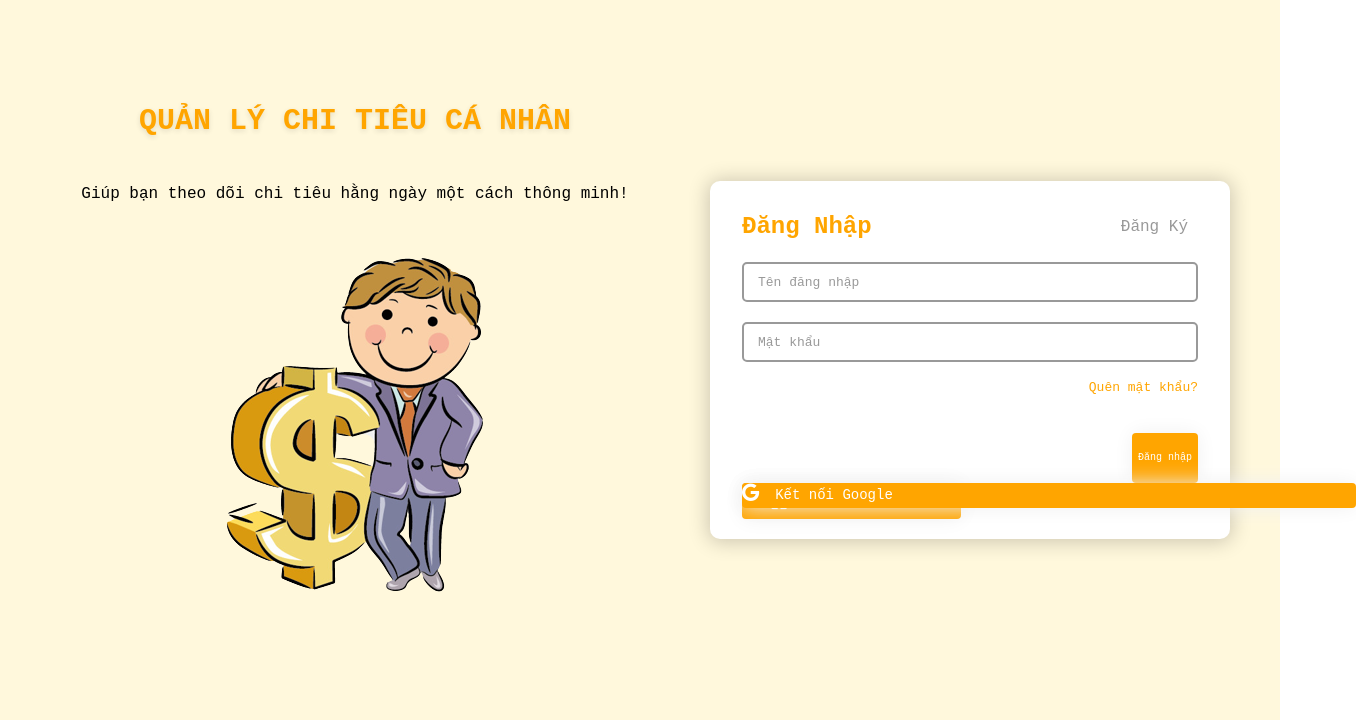
Repository: ximvhs/sochitieu
Page: html/start.html
The author's editor kept a copy of each file at every save. The page is drawn from the files as they stood at one save, then again after the next save.
The browser window is 1280 px wide. The page is 1356 px wide, so the pictures cover 1356 px, including what lies to the right of the window. The pictures show the whole page.
Some web fonts or font styles are not loaded; a fallback is used.

Above is the page before, as saved 2023-04-06 17:27:04.

### html/start.html
<!DOCTYPE html>
<html lang="en">
<head>
    <meta charset="UTF-8">
    <meta name="viewport" content="width=device-width, initial-scale=1.0">
    <title>Đăng nhập</title>
    <link rel="stylesheet" href="/assets/css/login.css">
    <link rel="stylesheet" href="/assets/css/grid.css">
    <link rel="stylesheet" href="/assets/css/resets.css">
    <link rel="stylesheet" href="/assets/css/responsive.css">
    <link rel="stylesheet" href="/assets/css/base.css">
    <link rel="stylesheet" href="https://fonts.googleapis.com/css2?family=Material+Symbols+Outlined:opsz,wght,FILL,GRAD@20..48,100..700,0..1,-50..200" />
    <link rel="preconnect" href="https://fonts.googleapis.com">
    <link rel="preconnect" href="https://fonts.gstatic.com" crossorigin>
    <link href="https://fonts.googleapis.com/css2?family=Dongle:wght@700&display=swap" rel="stylesheet">
    <link rel="preconnect" href="https://fonts.gstatic.com">
    <link href="https://fonts.googleapis.com/css2?family=Open+Sans:ital,wght@0,400;0,600;0,700;0,800;1,400&display=swap"
    rel="stylesheet">
    <link rel="stylesheet" href="https://cdnjs.cloudflare.com/ajax/libs/font-awesome/6.4.0/css/all.min.css" integrity="sha512-iecdLmaskl7CVkqkXNQ/ZH/XLlvWZOJyj7Yy7tcenmpD1ypASozpmT/E0iPtmFIB46ZmdtAc9eNBvH0H/ZpiBw==" crossorigin="anonymous" referrerpolicy="no-referrer" />
</head>
<body>
    <form action="">
        <div class="modal js-show_login">
                <div class="modal__body">
                    <div class="auth-form--left">
                        <H1>QUẢN LÝ CHI TIÊU CÁ NHÂN</H1>
                        <p>Giúp bạn theo dõi chi tiêu hằng ngày một cách thông minh!</p>
                        <img src="/img/logo-login.png" alt="">
                    </div>
                    <div class="auth-form--right js-auth-form">
                        <div class="auth-form__container">
                            <div class="auth-form__header">
                                <h3 class="auth-form__heading">Đăng Nhập</h3>
                                <span class="auth-form__switch-btn js-register">Đăng Ký</span>
                            </div>

                            <div class="auth-form__form">
                                <div class="auth-form__group">
                                    <input type="text" id="emaillogin" class="auth-form__input" required placeholder=" ">
                                    <div class="form-label">Tên đăng nhập</div>
                                </div>
                                <div class="auth-form__group">
                                    <input type="password" id="passlogin" class="auth-form__input" required placeholder=" ">
                                    <div class="form-label">Mật khẩu</div>
                                </div>
                            </div>

                            <div class="auth-form__aside">
                                <p class="auth-form__policy-text">
                                    <a href="#" class="auth-form__text-link">Quên mật khẩu?</a>
                                </p>
                            </div>

                            <div class="auth-form__controls">
                                <button class="btn__login btn--normal btn--primary" id="btnlogin">Đăng nhập</button>
                            </div>

                            <div class="auth-form__socials">
                                <a href="#" class="auth-form__socials--facebook btn__login btn--size-s btn--with-icon">
                                    <i class="auth-form__socials-icon fab fa-facebook-square"></i>
                                    <span class="auth-form__socials-text">Kết nối Facebook</span>
                                </a>
                                <a href="#" class="auth-form__socials--google btn btn--size-s btn--with-icon">
                                    <i class="auth-form__socials-icon fab fa-google"></i>
                                    <span class="auth-form__socials-text">Kết nối Google</span>
                                </a>
                            </div>
                        </div>

                    </div>
                </div>
        </div>
    </form>

    <form action="">
        <div class="modal_register js-show_register">
                <div class="modal__body_register">
                     <div class="auth-form js-auth-form">
                        <div class="auth-form__container">
                            <div class="auth-form__header">
                                <h3 class="auth-form__heading">Đăng ký</h3>
                                <i class="fa-solid fa-xmark auth-form__heading--close js-close"></i>
                            </div>

                            <div class="auth-form__form">
                                <div class="auth-form__group">
                                    <input type="text" class="auth-form__input" required placeholder=" ">
                                    <div class="form-label">Họ và tên</div>
                                </div>
                                <div class="auth-form__group">
                                    <input type="date" class="auth-form__input" required placeholder=" ">
                                    <div class="form-label">Ngày sinh nhật</div>
                                </div>
                                <div class="auth-form__group_sex">
                                    <div class="list__sex">
                                        <div class="form-label">Nam</div>
                                        <input type="checkbox" class="auth-form__input-radio" required placeholder=" ">
                                    </div>
                                    <div class="list__sex">
                                        <div class="form-label">Nữ</div>
                                        <input type="checkbox" class="auth-form__input-radio" required placeholder=" ">
                                    </div>
                                </div>
                                <div class="auth-form__group">
                                    <input type="text" class="auth-form__input" required placeholder=" ">
                                    <div class="form-label">Tên đăng nhập</div>
                                </div>
                                <div class="auth-form__group">
                                    <input type="password" class="auth-form__input" required placeholder=" ">
                                    <div class="form-label">Mật khẩu</div>
                                </div>
                                <div class="auth-form__group">
                                    <input type="password" class="auth-form__input" required placeholder=" ">
                                    <div class="form-label">Nhập lại mật khẩu</div>
                                </div>
                            </div>

                            <div class="auth-form__aside">
                                <p class="auth-form__policy-text">
                                    Bằng việc đăng ký, bạn đã đồng ý với chúng tôi về
                                    <a href="#" class="auth-form__text-link">Điều khoản dịch vụ</a> &
                                    <a href="#" class="auth-form__text-link">Chính sách bảo mật</a>
                                </p>
                            </div>
                            <div class="auth-form__controls">
                                <button class="btn btn--normal btn--primary">ĐĂNG KÝ</button>
                            </div>
                        </div>

                    </div>
                </div>
        </div>
    </form>

   <script src="/js/start.js"></script>
</body>

</html>

### assets/css/login.css
.modal {
    background-color: var(--primary-color);
    height: 100vh;
}

.modal__body {
    height: 100vh;
    display: flex;
    justify-content: space-between;
    align-items: center;

}

.auth-form--left {
    height: 100vh;
    display: flex;
    justify-content: center;
    align-items: center;
    flex-direction: column;
    flex: 1;
}

.auth-form--left h1 {
    width: 100%;
    text-align: center;
    padding: 0;
    margin-top: 32px;
    font-size: 30px;
    color: var(--secondary-color);
    text-shadow: 0 2px 5px #33333323;
}

.auth-form--left p {
    width: 100%;
    text-align: center;
    padding: 0;
    margin-top: 32px;
    font-size: 16px;
    /* color: var(--secondary-color);
    text-shadow: 0 2px 5px #33333323; */
}



/* modal */
.itemhd button {
    height: 35px;
    width: 90px;
    margin-left: 10px;
    cursor: pointer;
    background-color: var(--secondary-color);
    border: none;
    border-radius: var(--border-box);
    padding: 5px;
    color: white;
    font-size: 14px;
    font-weight: 700;
}

.itemhd button:hover {
    opacity: 0.8;
}

.auth-form--right {
    margin-right: 50px ;
    width: 520px;
    background-color: white;
    border-radius: 10px;
    overflow: hidden;
    min-width: 40px;
    box-shadow: 0 1px 20px 2px rgb(0 0 0 / 20%);
}

.auth-form__container {
    padding: 12px  32px 20px 32px;
}

.auth-form__header {
    display: flex;
    justify-content: space-between;
    align-items: center;
}

.auth-form__heading {
    font-size: 24px;
    color: var(--secondary-color);
}

.auth-form__switch-btn {
    font-size: 16px;
    padding: 10px;
    color: var(--border-color);
}

.auth-form__switch-btn:hover {
    cursor: pointer;
    opacity: 0.7;
}

.auth-form__form input {
    width: 100%;
    height: 40px;
    padding: 12px;
    margin-bottom: 20px;
    border: solid 2px var(--border-color);
    outline: none;
    transition: all 0.5s ease;
    border-radius: 5px;
}

.auth-form__form input:focus {
    border: solid 2px var(--secondary-color);
}

.auth-form__group {
    position: relative;
}


.auth-form__group .form-label {
    position: absolute;
    font-size: 13px;
    color: var(--border-color);
    top: 35%;
    left: 16px;
    transform: translate(0,-50%);
    pointer-events: none;
    transition: all 0.3s ease;
    z-index: 1;
}

.auth-form__group .auth-form__input:not(:placeholder-shown) +.form-label,
.auth-form__group .auth-form__input:focus +.form-label {
    position: absolute;
    top: 0;
    left: 8px;
    display: inline-block;
    padding: 2px 10px;
    color: var(--secondary-color);
    font-size: 12px;
    z-index: 2;
    background-color: white;
}

.auth-form__text-link {
    text-decoration: none;
    color: var(--secondary-color);
}

.auth-form__text-link:hover {
    opacity: 0.7;
}


.auth-form__controls {
    display: flex;
    justify-content: right;
    height: 50px;
    width: 100%;
}

.auth-form__aside {
    float: right;
    margin: 10px 0 14px 0;
}

.auth-form__aside a:hover {
    color: var(--secondary-color);
    cursor: pointer;
}

.auth-form__policy-text {
    margin: -14px 0 20px 0;
    transition: all 0.3s ease;
}

.auth-form__controls .btn {
    width: 100%;
    height: 38px;
    letter-spacing: 2px;
    font-size: 14px;
    padding: 0 12px;
    border: none;
    border-radius: 3px;
    text-decoration: none;
    display: inline-flex;
    justify-content: center;
    align-items: center;
    cursor: pointer;
}

.auth-form__socials {
    width: 100%;
    display: flex;
    justify-content: space-between;

}

.auth-form__socials--facebook {
    width: 48%;
    height: 36px;
    display: flex;
    justify-content: center;
    align-items: center;
}

.auth-form__socials--google {
    width: 48%;
    display: flex;
    justify-content: center;
    align-items: center;
}

.auth-form__socials-icon {
    font-size: 18px;
    margin-right: 10px;
}

.auth-form__socials-text {
    font-size: 14px;
}

.modal_register {
    position: fixed;
    z-index: 3;
    background-color: rgba(0, 0, 0, 0.5);
    top: 0;
    bottom: 0;
    right: 0;
    left: 0;
    display: none;
    animation: fadeIn linear 0.1s;
    /* display: flex; */
}


.modal__body_register {
    position: relative;
    margin: auto;
}

.auth-form {
    width: 500px;
    background-color: white;
    border-radius: 5px;
    overflow: hidden;
    min-width: 20px;
    box-shadow: 0 0 12px rgb(0 0 0 / 70%);
    animation: Slide ease 0.5s;
}

.auth-form__group_sex {
    display: flex;
    /* justify-content:space-between; */
    align-items: center;
    margin-bottom: 4px ;
}

.auth-form__group_sex .list__sex .auth-form__input-radio {
    height: 20px;
    width: 20px;
    margin-bottom: 12px ;
}

.list__sex {
    display: flex;
    justify-content: center;
    align-items: center;
}

.list__sex:nth-child(1) {
    margin-left: 16px;
}

.list__sex:nth-child(2) {
    margin-left: 50px;
}

.js-show_register.open.modal_register {
    display: flex;
    justify-content: center;
    align-items: center;
    opacity: 1;
}

.auth-form__heading--close {
    font-size: 30px;
    color: var(--secondary-color);
    padding: 5px;
}

.auth-form__heading--close:hover {
    opacity: 0.7;
    cursor: pointer;
}

### assets/css/grid.css
.grid {
    width: 100%;
    display: block;
    padding: 0;
}

.grid.wide {
    max-width: 1200px;
    margin: 0 auto;
}

.row {
    display: flex;
    flex-wrap: wrap;
    margin-left: -4px;
    margin-right: -4px;
}

.row.no-gutters {
    margin-left: 0;
    margin-right: 0;
}

.col {
    padding-left: 4px;
    padding-right: 4px;
}

.row.no-gutters .col {
    padding-left: 0;
    padding-right: 0;
}

.c-0 {
    display: none;
}

.c-1 {
    flex: 0 0 8.33333%;
    max-width: 8.33333%;
}

.c-2 {
    flex: 0 0 16.66667%;
    max-width: 16.66667%;
}

.c-3 {
    flex: 0 0 25%;
    max-width: 25%;
}

.c-4 {
    flex: 0 0 33.33333%;
    max-width: 33.33333%;
}

.c-5 {
    flex: 0 0 41.66667%;
    max-width: 41.66667%;
}

.c-6 {
    flex: 0 0 50%;
    max-width: 50%;
}

.c-7 {
    flex: 0 0 58.33333%;
    max-width: 58.33333%;
}

.c-8 {
    flex: 0 0 66.66667%;
    max-width: 66.66667%;
}

.c-9 {
    flex: 0 0 75%;
    max-width: 75%;
}

.c-10 {
    flex: 0 0 83.33333%;
    max-width: 83.33333%;
}

.c-11 {
    flex: 0 0 91.66667%;
    max-width: 91.66667%;
}

.c-12 {
    flex: 0 0 100%;
    max-width: 100%;
}

.c-o-1 {
    margin-left: 8.33333%;
}

.c-o-2 {
    margin-left: 16.66667%;
}

.c-o-3 {
    margin-left: 25%;
}

.c-o-4 {
    margin-left: 33.33333%;
}

.c-o-5 {
    margin-left: 41.66667%;
}

.c-o-6 {
    margin-left: 50%;
}

.c-o-7 {
    margin-left: 58.33333%;
}

.c-o-8 {
    margin-left: 66.66667%;
}

.c-o-9 {
    margin-left: 75%;
}

.c-o-10 {
    margin-left: 83.33333%;
}

.c-o-11 {
    margin-left: 91.66667%;
}

/* >= Tablet */
@media (min-width: 740px) {
    .row {
        margin-left: -8px;
        margin-right: -8px;
    }

    .col {
        padding-left: 8px;
        padding-right: 8px;
    }

    .m-0 {
        display: none;
    }

    .m-1,
    .m-2,
    .m-3,
    .m-4,
    .m-5,
    .m-6,
    .m-7,
    .m-8,
    .m-9,
    .m-10,
    .m-11,
    .m-12 {
        display: block;
    }

    .m-1 {
        flex: 0 0 8.33333%;
        max-width: 8.33333%;
    }

    .m-2 {
        flex: 0 0 16.66667%;
        max-width: 16.66667%;
    }

    .m-3 {
        flex: 0 0 25%;
        max-width: 25%;
    }

    .m-4 {
        flex: 0 0 33.33333%;
        max-width: 33.33333%;
    }

    .m-5 {
        flex: 0 0 41.66667%;
        max-width: 41.66667%;
    }

    .m-6 {
        flex: 0 0 50%;
        max-width: 50%;
    }

    .m-7 {
        flex: 0 0 58.33333%;
        max-width: 58.33333%;
    }

    .m-8 {
        flex: 0 0 66.66667%;
        max-width: 66.66667%;
    }

    .m-9 {
        flex: 0 0 75%;
        max-width: 75%;
    }

    .m-10 {
        flex: 0 0 83.33333%;
        max-width: 83.33333%;
    }

    .m-11 {
        flex: 0 0 91.66667%;
        max-width: 91.66667%;
    }

    .m-12 {
        flex: 0 0 100%;
        max-width: 100%;
    }

    .m-o-1 {
        margin-left: 8.33333%;
    }

    .m-o-2 {
        margin-left: 16.66667%;
    }

    .m-o-3 {
        margin-left: 25%;
    }

    .m-o-4 {
        margin-left: 33.33333%;
    }

    .m-o-5 {
        margin-left: 41.66667%;
    }

    .m-o-6 {
        margin-left: 50%;
    }

    .m-o-7 {
        margin-left: 58.33333%;
    }

    .m-o-8 {
        margin-left: 66.66667%;
    }

    .m-o-9 {
        margin-left: 75%;
    }

    .m-o-10 {
        margin-left: 83.33333%;
    }

    .m-o-11 {
        margin-left: 91.66667%;
    }
}

/* PC medium resolution > */
@media (min-width: 1113px) {
    .row {
        margin-left: -12px;
        margin-right: -12px;
    }

    .row.sm-gutter {
        margin-left: -5px;
        margin-right: -5px;
    }

    .col {
        padding-left: 12px;
        padding-right: 12px;
    }

    .row.sm-gutter .col {
        padding-left: 5px;
        padding-right: 5px;
    }

    .l-0 {
        display: none;
    }

    .l-1,
    .l-2,
    .l-2-4,
    .l-3,
    .l-4,
    .l-5,
    .l-6,
    .l-7,
    .l-8,
    .l-9,
    .l-10,
    .l-11,
    .l-12 {
        display: block;
    }

    .l-1 {
        flex: 0 0 8.33333%;
        max-width: 8.33333%;
    }

    .l-2 {
        flex: 0 0 16.66667%;
        max-width: 16.66667%;
    }

    .l-2-4 {
        flex: 0 0 20%;
        max-width: 20%;
    }

    .l-3 {
        flex: 0 0 25%;
        max-width: 25%;
    }

    .l-4 {
        flex: 0 0 33.33333%;
        max-width: 33.33333%;
    }

    .l-5 {
        flex: 0 0 41.66667%;
        max-width: 41.66667%;
    }

    .l-6 {
        flex: 0 0 50%;
        max-width: 50%;
    }

    .l-7 {
        flex: 0 0 58.33333%;
        max-width: 58.33333%;
    }

    .l-8 {
        flex: 0 0 66.66667%;
        max-width: 66.66667%;
    }

    .l-9 {
        flex: 0 0 75%;
        max-width: 75%;
    }

    .l-10 {
        flex: 0 0 83.33333%;
        max-width: 83.33333%;
    }

    .l-11 {
        flex: 0 0 91.66667%;
        max-width: 91.66667%;
    }

    .l-12 {
        flex: 0 0 100%;
        max-width: 100%;
    }

    .l-o-1 {
        margin-left: 8.33333%;
    }

    .l-o-2 {
        margin-left: 16.66667%;
    }

    .l-o-3 {
        margin-left: 25%;
    }

    .l-o-4 {
        margin-left: 33.33333%;
    }

    .l-o-5 {
        margin-left: 41.66667%;
    }

    .l-o-6 {
        margin-left: 50%;
    }

    .l-o-7 {
        margin-left: 58.33333%;
    }

    .l-o-8 {
        margin-left: 66.66667%;
    }

    .l-o-9 {
        margin-left: 75%;
    }

    .l-o-10 {
        margin-left: 83.33333%;
    }

    .l-o-11 {
        margin-left: 91.66667%;
    }
}

/* Tablet - PC low resolution */
@media (min-width: 740px) and (max-width: 1023px) {
    .wide {
        width: 644px;
    }
}

/* > PC low resolution */
@media (min-width: 1024px) and (max-width: 1239px) {
    .wide {
        width: 984px;
    }

    .wide .row {
        margin-left: -12px;
        margin-right: -12px;
    }

    .wide .row.sm-gutter {
        margin-left: -5px;
        margin-right: -5px;
    }

    .wide .col {
        padding-left: 12px;
        padding-right: 12px;
    }

    .wide .row.sm-gutter .col {
        padding-left: 5px;
        padding-right: 5px;
    }

    .wide .l-0 {
        display: none;
    }

    .wide .l-1,
    .wide .l-2,
    .wide .l-2-4,
    .wide .l-3,
    .wide .l-4,
    .wide .l-5,
    .wide .l-6,
    .wide .l-7,
    .wide .l-8,
    .wide .l-9,
    .wide .l-10,
    .wide .l-11,
    .wide .l-12 {
        display: block;
    }

    .wide .l-1 {
        flex: 0 0 8.33333%;
        max-width: 8.33333%;
    }

    .wide .l-2 {
        flex: 0 0 16.66667%;
        max-width: 16.66667%;
    }

    .wide .l-2-4 {
        flex: 0 0 20%;
        max-width: 20%;
    }

    .wide .l-3 {
        flex: 0 0 25%;
        max-width: 25%;
    }

    .wide .l-4 {
        flex: 0 0 33.33333%;
        max-width: 33.33333%;
    }

    .wide .l-5 {
        flex: 0 0 41.66667%;
        max-width: 41.66667%;
    }

    .wide .l-6 {
        flex: 0 0 50%;
        max-width: 50%;
    }

    .wide .l-7 {
        flex: 0 0 58.33333%;
        max-width: 58.33333%;
    }

    .wide .l-8 {
        flex: 0 0 66.66667%;
        max-width: 66.66667%;
    }

    .wide .l-9 {
        flex: 0 0 75%;
        max-width: 75%;
    }

    .wide .l-10 {
        flex: 0 0 83.33333%;
        max-width: 83.33333%;
    }

    .wide .l-11 {
        flex: 0 0 91.66667%;
        max-width: 91.66667%;
    }

    .wide .l-12 {
        flex: 0 0 100%;
        max-width: 100%;
    }

    .wide .l-o-1 {
        margin-left: 8.33333%;
    }

    .wide .l-o-2 {
        margin-left: 16.66667%;
    }

    .wide .l-o-3 {
        margin-left: 25%;
    }

    .wide .l-o-4 {
        margin-left: 33.33333%;
    }

    .wide .l-o-5 {
        margin-left: 41.66667%;
    }

    .wide .l-o-6 {
        margin-left: 50%;
    }

    .wide .l-o-7 {
        margin-left: 58.33333%;
    }

    .wide .l-o-8 {
        margin-left: 66.66667%;
    }

    .wide .l-o-9 {
        margin-left: 75%;
    }

    .wide .l-o-10 {
        margin-left: 83.33333%;
    }

    .wide .l-o-11 {
        margin-left: 91.66667%;
    }
}

### assets/css/base.css
:root {
    --primary-color:cornsilk;
    --secondary-color:orange;
    --opacity-color:#f0f0f0;
    --white-color: white;
    --border-color:#999;


    --border-box: 5px;
    --size-text: 16px;
    --size-title: 20px;
}

*{
    font-family: monospace;
    box-sizing: inherit;
    box-sizing: border-box;


}

html {
    line-height: 1.6rem;
    box-sizing: border-box;
    scroll-behavior: smooth;
}

body {
    margin: 0;
}

a {
    color: var(--text-color);
    text-decoration: none;
}

ul {
    padding-left: 0;
}

i {
    display: block;
}

li {
    list-style: none;
}

.btn {
    position: absolute;
    display: inline-block;
    background-color: var(--secondary-color);
    background-size: 200% auto;
    color: var(--white-color);
    box-shadow: 0 0 20px var(--opacity-color);
    font-size: 10px;
    border: none;
    outline: none;
    cursor: pointer;
    border-radius: 4px;
    transition: all 0.2s ease-in;
}

.btn__login {
    /* position: absolute;
    display: inline-block; */
    background-color: var(--secondary-color);
    background-size: 200% auto;
    color: var(--white-color);
    box-shadow: 0 0 20px var(--opacity-color);
    font-size: 10px;
    border: none;
    outline: none;
    cursor: pointer;
    border-radius: 4px;
    transition: all 0.2s ease-in;
}


.btn:hover {
    background-position: right center;
    opacity: 0.8;
    text-decoration: none;
}


/* animation */
@keyframes Slide {
    from {
        opacity: 0;
        transform: translateY(-150px);
    }
    to {
        opacity: 1;
        transform: translateY(0);
    }
}

### js/start.js
const regBtns = document.querySelectorAll('.js-register')
const modal = document.querySelector('.js-show_register')
function showModal() {
    modal.classList.add('open')
    modal1.classList.remove('open')
}
for (const regBtn of regBtns) {
    regBtn.addEventListener('click', showModal)
}





// close register
const closeBtn = document.querySelector('.js-close')
function hideBtn(){
    modal.classList.remove('open')
}
closeBtn.addEventListener('click', hideBtn)


// close when click outward
const authForms = document.querySelectorAll('.js-auth-form')
modal.addEventListener('click', hideBtn)
for (const authForm of authForms ) {
    authForm.addEventListener('click', function (event) {
        event.stopPropagation()
    })
}

const tk=document.getElementById("emaillogin")
const btnLogin=document.querySelector('#btnlogin')
const mk=document.getElementById("passlogin")
btnLogin.addEventListener('click',function(){
    if(tk.value=="ximvhs26092002@gmail.com"){
        if(mk.value=="e"){
            windows.location.href="/html/index.html"
            // window.location.href="https://www.facebook.com/ximvhs"
        }
    } else{
        alert('Tài khoản hoặc mặt khẩu của bạn bị sai')
    }
})

Loaded but not shown: assets/css/resets.css (no stored copy; drawn as an empty file); assets/css/responsive.css (no stored copy; drawn as an empty file)

After the next save:
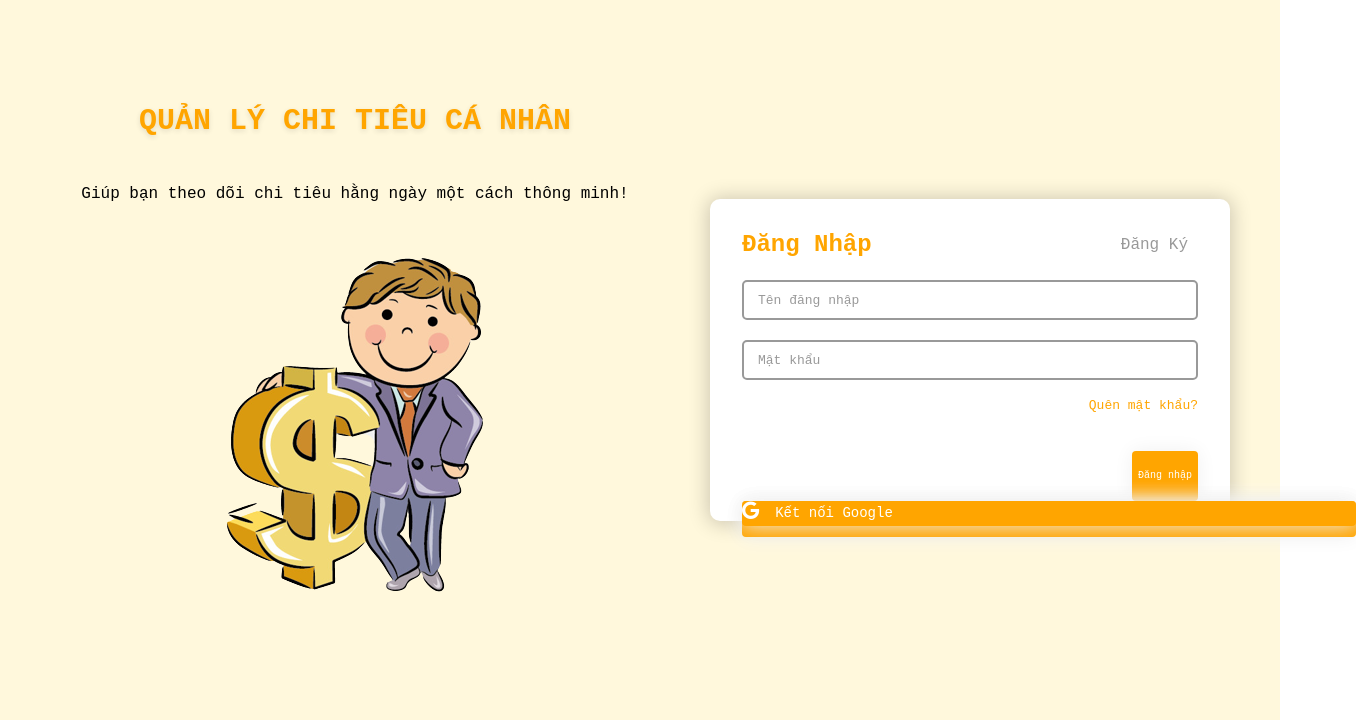
Saved 4 s later.
--- a/html/start.html
+++ b/html/start.html
@@ -56,7 +56,7 @@
                             </div>
 
                             <div class="auth-form__socials">
-                                <a href="#" class="auth-form__socials--facebook btn__login btn--size-s btn--with-icon">
+                                <a href="#" class="auth-form__socials--facebook btn btn--size-s btn--with-icon">
                                     <i class="auth-form__socials-icon fab fa-facebook-square"></i>
                                     <span class="auth-form__socials-text">Kết nối Facebook</span>
                                 </a>
